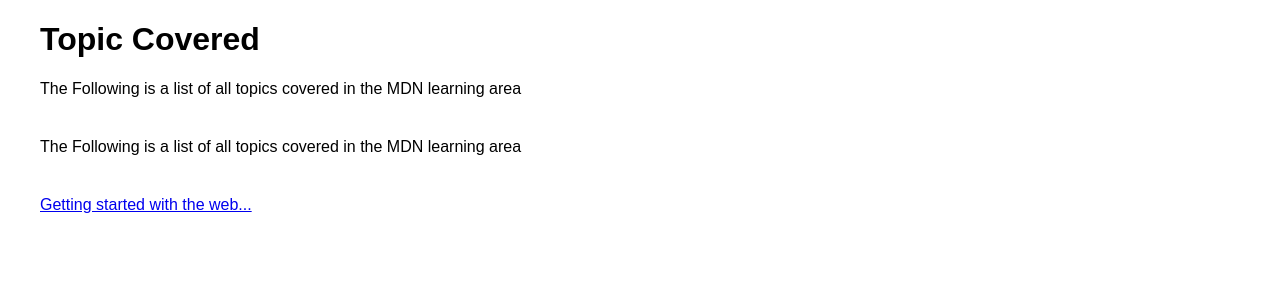
Repository: sriram1224/ReactProjects.github.io
Page: Assignments/Assignment1/index.html
These files come from the project's save history. The page is drawn as it stood at one moment and after the next save; the edit follows.
The browser window is 1280 px wide. The pictures show the whole page.

Above is the page before, as saved 2024-03-01 09:59:50.

### Assignments/Assignment1/index.html
<!DOCTYPE html>
<html>
<head>
  <script src="https://unpkg.com/react@18/umd/react.development.js"></script>
  <script src="https://unpkg.com/react-dom@18/umd/react-dom.development.js"></script>
  <style>
    body{
      margin-left: 40px;
      font-family: Arial, sans-serif;

    }
    #para{
      margin-bottom: 40px;
    }


  </style>
</head>

<body>

  <div id="root"></div>

  <script>

    const TopicHeader = () =>
    React.createElement(
      'div',
      null,
      [
      React.createElement(
        'h1',
        {id: 'title'},
        'Topic Covered'
      ),
      React.createElement(
      'p',
      {id: 'para'},
      'The Following is a list of all topics covered in the MDN learning area'),

      ]);

    const TopicDescription = () => React.createElement(
      'div',
      null,
      [
      React.createElement(
      'p',
      {id: 'para'},
      'The Following is a list of all topics covered in the MDN learning area')
   ]);

    const TopicList = () => React.createElement(
      'div',
      null,
      [


        React.createElement('a', {href: 'http://example.com'}, 'Getting started with the web...')

      ]
    );

    ReactDOM.render(
      React.createElement(
        'div',
        null,
        [
          React.createElement(TopicHeader),
          React.createElement(TopicDescription),
          React.createElement(TopicList)
        ]
      ),
      document.getElementById('root')
    );

  </script>

</body>
</html>

After the next save:
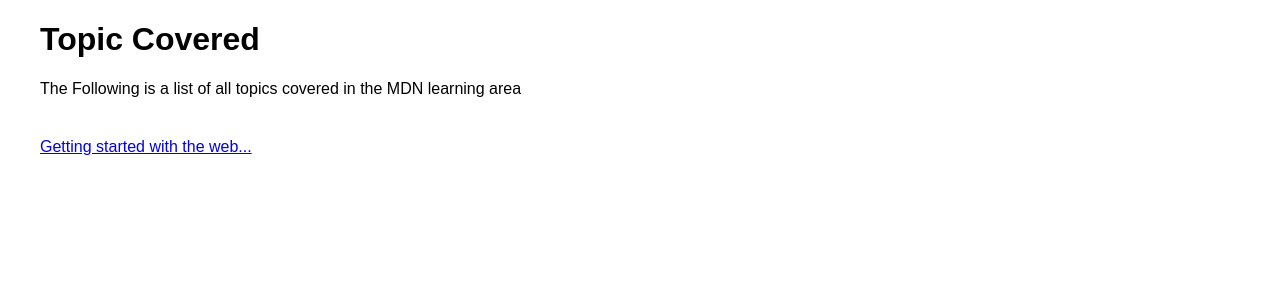
Saved 56 s later.
--- a/Assignments/Assignment1/index.html
+++ b/Assignments/Assignment1/index.html
@@ -44,11 +44,7 @@
       'div',
       null,
       [
-      React.createElement(
-      'p',
-      {id: 'para'},
-      'The Following is a list of all topics covered in the MDN learning area')
-   ]);
+      React.createElement('a', {href: 'http://example.com'}, 'Getting started with the web...')   ]);
 
     const TopicList = () => React.createElement(
       'div',
@@ -56,7 +52,7 @@
       [
 
 
-        React.createElement('a', {href: 'http://example.com'}, 'Getting started with the web...')
+
 
       ]
     );
